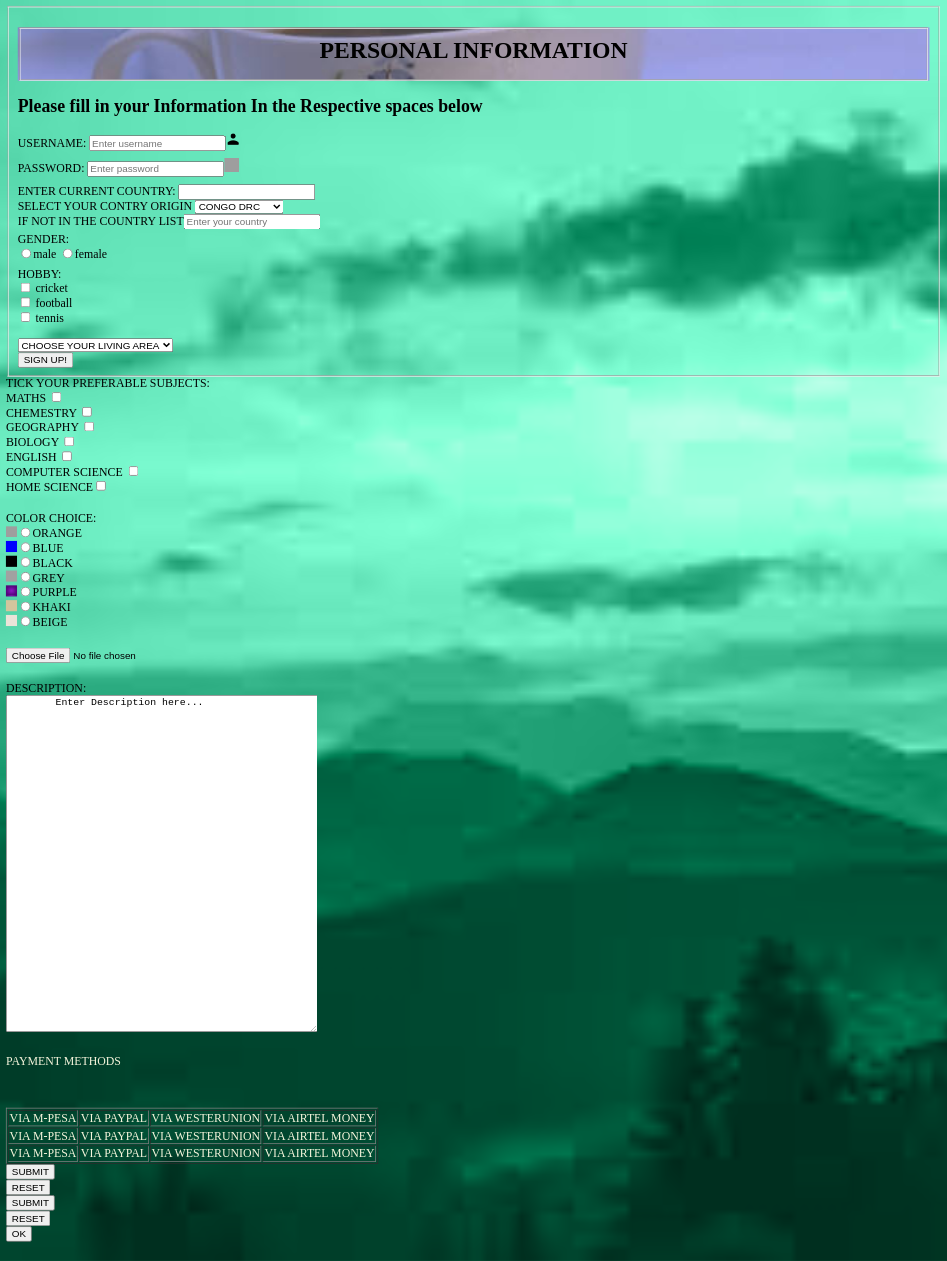
Repository: mirambialex/myform
Page: website/INDEX.HTML
An editor plug-in stored every save of this project. The page is shown before and after a run of saves, followed by the edit.
The browser window is 1280 px wide. The pictures show the whole page, at 74% of full size.
Pictures or frames that could not be fetched are drawn as grey boxes.

Above is the page before, as saved 2024-04-18 11:27:59.

### website/INDEX.HTML
<!DOCTYPE html>
<html lang="en">
<head>

    <title>WEBPAGE DESIGN</title>
    <LINK REL="STYLESHEET" HREF="STYLE.CSS">
</head>
<body>
   <FOrm> <FIEldset>
            <DIV class="AI">
                <h1><FIEldset>PERSONAL INFORMATION </FIEldset></h1>
</DIV>
<DIV CLASS="BI"> <H2>
    Please fill in your Information In the Respective spaces below
</H2>
</DIV>
<div class="gb">
 <DIV class="MAIN">USERNAME: <INPUT TYPE="TEXT" placeholder="Enter username"><img width="20" height="20" src="user.jpg"<br/>

 </DIV>
 <DIV class="A"> PASSWORD: <INPUT TYPE="PASSWORD" placeholder="Enter password"><img width="20" height="20" src="https://img.icons8.com/ios-filled/50/lock.png" alt="lock"/> <br/></DIV>
    <DIV class="AB">
        ENTER CURRENT COUNTRY: <INPUT type="text"></INPUT>
    </DIV>
    <DIV CLASS="B">
        SELECT YOUR CONTRY ORIGIN <SELect>
            <OPTIon>CONGO DRC</OPTIon>
            <OPTIon>KENYA</OPTIon>
            <OPTIon>SUDAN</OPTIon>
            <OPTIon>SOUTH SUDAN</OPTIon>
            <OPTIon>RWANDA</OPTIon>
            <OPTIon>BURUNDI</OPTIon>
            <OPTIon>UGANDA</OPTIon>
            <OPTIon>TANZANIA</OPTIon>
            <OPTIon>SOMALIA</OPTIon>

        </SELect> <br/>
    </DIV>
    <div class="wcb">
    IF NOT IN THE COUNTRY LIST<INPUt type="TEXT" placeholder="Enter your country"</INPUt>
    </div>
<div class="d">
<LAbeL for="GENDER">GENDER: </LAbel><BR/>
<INPUT type="radio" ID="GENDER" name="GENDER" VALUE="male"/>male
<INPUT type="radio" ID="GENDER" name="GENDER" VALUE="female"/>female <br/>
</div>
<div class="e">
HOBBY:<br>
<input type="checkbox" id="cricket" name="cricket" value="cricket"/>
<label for="cricket">cricket</label> <br>
<input type="checkbox" id="football" name="football" value="football"/>
<label for="football">football</label> <br>
<input type="checkbox" id="tennis" name="tennis" value="tennis"/>
<label for="tennis">tennis</label> <br>
<br/> </div>
<div class="address">
    <select name="address">
        <option value="one">CHOOSE YOUR LIVING AREA</option>
        <option>kakuma town</option>
        <option>kakuma 1</option>
        <option>kakuma 2</option>
        <option>kakuma 3</option>
        <option>kakuma 4</option>
        <option>kalobeyeyi</option>
    </select>
</div>
<DIV class="C"><BUTTon>SIGN UP!</BUTTon></DIV>
</FIEldset>
</div>
</div>
</DIV>
</FORM>
<FORM>
    <DIV class="FORM"></A>TICK YOUR PREFERABLE SUBJECTS: <BR/>
    MATHS <input TYPE="checkbox" NAME="MATHS" VALUE="ON"><BR/>
    CHEMESTRY <INPUT type="checkbox" NAME="CHEMESTRY" VALUE="ON"><BR/>
        GEOGRAPHY <INPUT type="checkbox" NAME="GEOGRAPHY" value="ON"><BR/>
            BIOLOGY <INPUT type="checkbox" NAME="BIOLOGY" VALUE="ON"><BR/>
                ENGLISH <input type="checkbox" name="ENGLISH" value="ON"><BR/>
                COMPUTER SCIENCE <input TYPE="checkbox" name="COMPUTER SCIENCE" value="ON"><BR/>
                HOME SCIENCE<input type="checkbox" name="HOME SCIENCE" VALUE="ON"></BR></DIV>
                <DIV class="FORM2">
                    <LAbel FOR="COLOR CHOICE">COLOR CHOICE:</LAbel><BR/>
                    <IMG WIDTH="15" HEIGHT="15" SRC="ORAGE.JPG"><INPut type="RADIO" NAME="COLOR" VALUE="ORANGE">ORANGE</INPut><BR/>
                    <IMG WIDTH="15" HEIGHT="15" SRC="BLUE.JPG"><INPut type="RADIO" NAME="COLOR" VALUE="BLUE">BLUE</INPut><BR/>
                    <IMG WIDTH="15" HEIGHT="15" SRC="BLACK.JPG"><INPut type="RADIO" NAME="COLOR" VALUE="BLACK">BLACK</INPut><BR/>
                    <IMG WIDTH="15" HEIGHT="15" SRC="GREY.JPG"><INPut type="RADIO" NAME="COLOR" VALUE="GREY">GREY</INPut><BR/>
                    <IMG WIDTH="15" HEIGHT="15" SRC="PURPLE.JPG"><INPut type="RADIO" NAME="COLOR" VALUE="PURPLE">PURPLE</INPut><BR/>
                    <IMG WIDTH="15" HEIGHT="15" SRC="KHAKI.JPG"><INPut type="RADIO" NAME="COLOR" VALUE="KHAKI">KHAKI</INPut><BR/>
                    <IMG WIDTH="15" HEIGHT="15" SRC="BEIGE.JPG"><INPut type="RADIO" NAME="COLOR" VALUE="BEIGE">BEIGE</INPut><BR/>
                </DIV>
                <DIV class="FILE"><INPUT TYPE="FILE" NAME="FILEUPLOAD" accept="IMAGE/*" /></DIV>
                <DIV class="FORM1">
    DESCRIPTION: <br/>
    <textarea name="Description" cols="50" rows="30">
        Enter Description here...
    </textarea>
</DIV>
<DIV class="TABLE1">
    <TABle border="1">PAYMENT METHODS<BR/>
    <TR><BR/>
    <TD>VIA M-PESA</TD>
    <TD>VIA PAYPAL</TD>
    <TD>VIA WESTERUNION</TD>
    <TD>VIA AIRTEL MONEY</TD>
</TR>
<TR><BR/>
    <TD>VIA M-PESA</TD>
    <TD>VIA PAYPAL</TD>
    <TD>VIA WESTERUNION</TD>
    <TD>VIA AIRTEL MONEY</TD>
</TR>
<TR><BR/>
    <TD>VIA M-PESA</TD>
    <TD>VIA PAYPAL</TD>
    <TD>VIA WESTERUNION</TD>
    <TD>VIA AIRTEL MONEY</TD>
</TR>
</TABle>
</DIV>
<FORm class="FORM5">
<INPut type="submit" name="submit" value="SUBMIT"></INPut><BR/>
<INPut type="RESET" name="RESET" value="RESET"></INPut><BR/>
<INPut type="HIDDEN" name="HIDDEN" value="HIDDEN"></INPut>
</FORM>
<FOrm>
<INPut type="submit" name="submit" value="SUBMIT"></INPut><BR/>
<INPut type="RESET" name="RESET" value="RESET"></INPut><BR/>
<INPut type="BUTTON" name="OK" value="OK"></INPut><BR/>
</INPut><BR/>

</FOrm>
 </body>
</html>

### website/STYLE.CSS
BODY{
    background-image: url(IMAGE.JPG);
    background-color: aquamarine;
    background-position: center;
    background-size: cover;
    background-repeat: no-repeat;
    background-blend-mode: luminosity;
}
H1{
    text-align: center;
}
.O{
    background-color: aliceblue;
    background-image: url(ALEX.PNG.JPG);
}
.MAIN{
    margin-bottom: 0.8%;
    background-color:
}
.A{
    margin-bottom: 0.8%;
}
.c{
    margin-bottom: 1.5%;
    color: blueviolet;
    text-decoration: aqua;
}
.d{
    margin-top: 0.4%;

}
.e{
    margin-top: 0.6%;
}
.AI{
    background-image: url(ALEX.JPG);
    background-repeat: no-repeat;
    background-position: center;
    background-size: cover;
}
.gb{
    display: block;

}
: :-ms-input-placeholder{
    color:red;
}
.address{

}
.FORM1{
    margin-top: 2%;
    margin-bottom: 2%;
}
.TABLE1{
    color: beige;
    border-radius: 20;

}
.FORM2{
    margin-top: 2%;
}
.FILE{
    margin-top: 2%;
}
.SEARCH{
    width: 350PX;
    float: left;
    margin-left: 270PX;
}
.SRCH{
    height: 0;
    width: 200PX;
    background: transparent;
    border: 1PX solid orange;
    font-family: 'Times New Roman';
    margin-top: ;
    color: ;
    font-size: ;
    border-right: ;
}

After the next 2 saves:
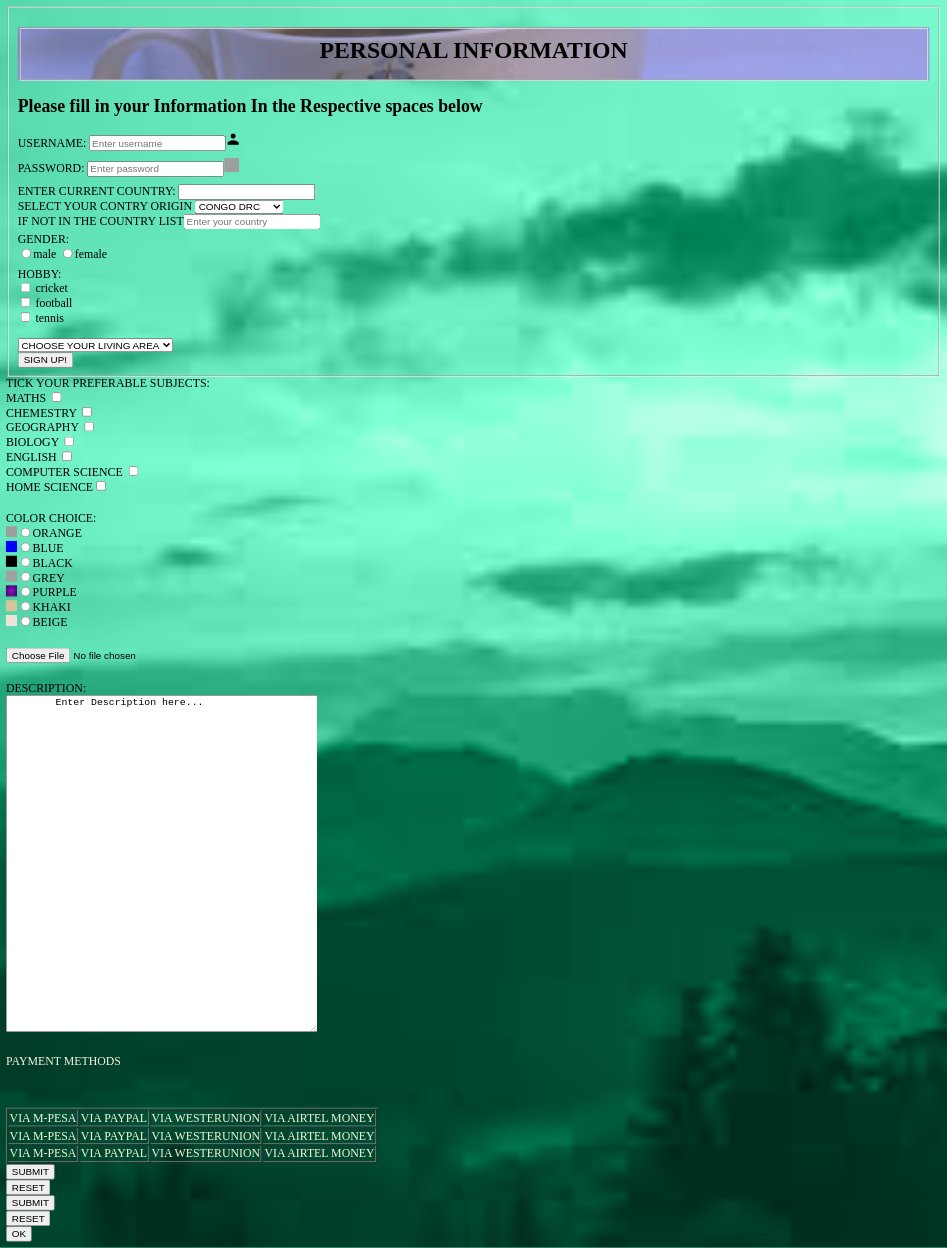
The 2 saves are shown as one change because they came seconds apart.
The last was saved 11 s later.
--- a/website/INDEX.HTML
+++ b/website/INDEX.HTML
@@ -127,8 +127,6 @@ HOBBY:<br>
 <INPut type="submit" name="submit" value="SUBMIT"></INPut><BR/>
 <INPut type="RESET" name="RESET" value="RESET"></INPut><BR/>
 <INPut type="BUTTON" name="OK" value="OK"></INPut><BR/>
-</INPut><BR/>
-
 </FOrm>
  </body>
 </html>
